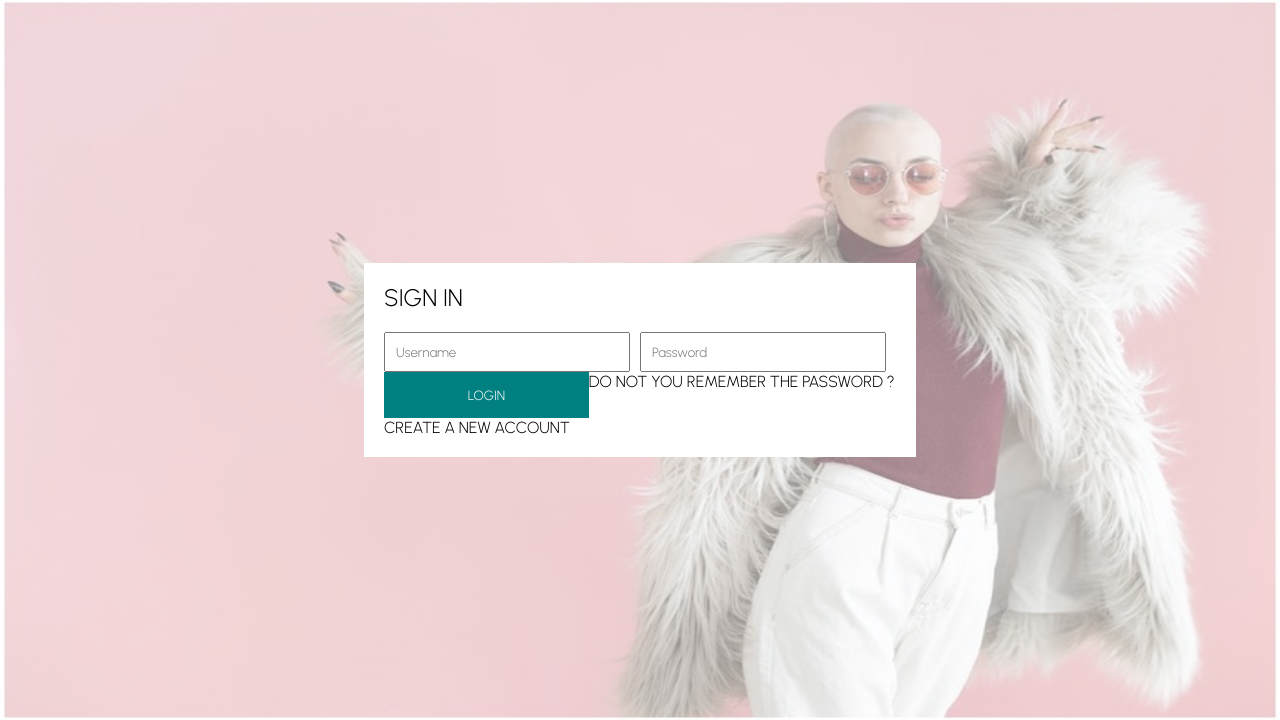
Repository: kmvaghela/ECOMMERCE
Page: /
The author's editor kept a copy of each file at every save. The page is drawn from the files as they stood at one save, then again after the next save.
The browser window is 1280 px wide. The pictures show the whole page.
The project was rebuilt for these pictures with package versions that can differ from the ones it lists, and the page was loaded fresh each time. Also part of the build but not shown: src/components/Announcement.jsx, src/data.js, src/components/CategoryItem.jsx, src/components/Categories.jsx, src/components/Navbar.jsx, src/components/Product.jsx, src/components/Products.jsx, src/components/Slider.jsx and 6 more.

Above is the page before, as saved 2022-02-24 18:38:13.

After the next save:
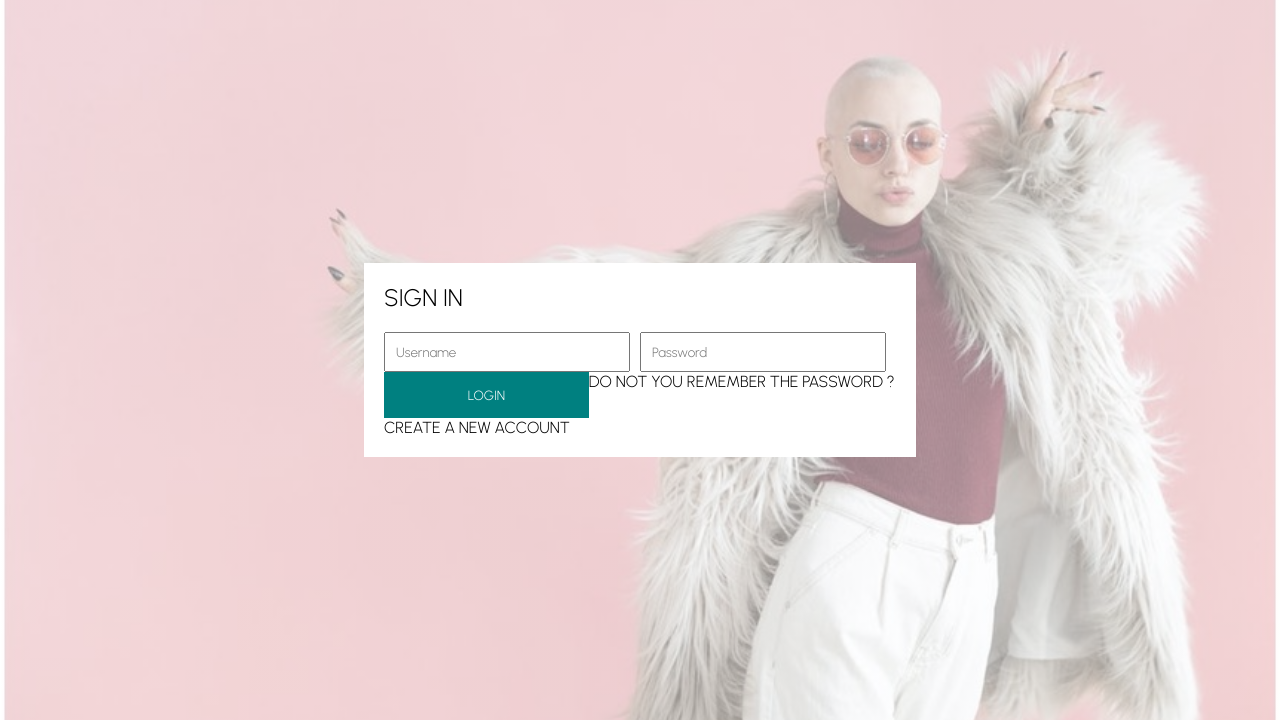
Saved 49 s later.
--- a/src/pages/Login.jsx
+++ b/src/pages/Login.jsx
@@ -11,7 +11,7 @@
     ),
     url(${RegisterBg}) center;
   background-repeat: no-repeat;
-  background-size: 100vw 100vh;
+  background-size: cover;
   display: flex;
   align-items: center;
   justify-content: center;
